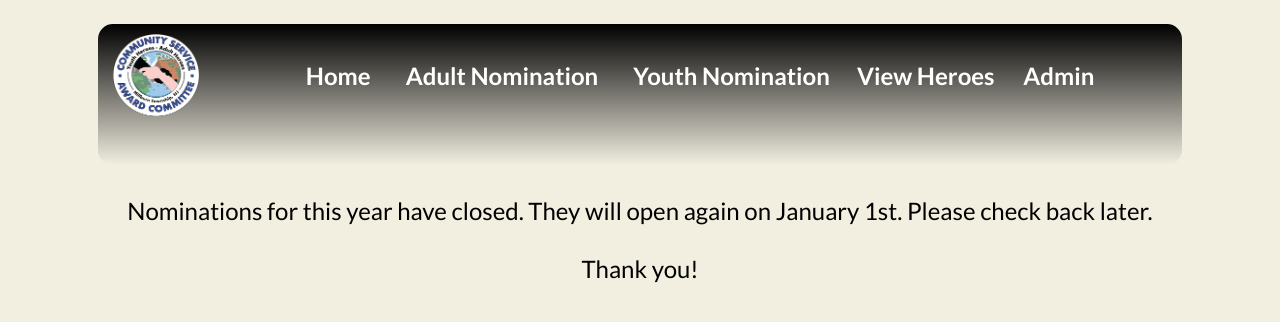
Repository: Centrattic/Young-Heroes-Website
Page: http://localhost/Frontend/adultnomination.php
These files come from the project's save history. The page is drawn as it stood at one moment and after the next save; the edit follows.
The browser window is 1280 px wide. The pictures show the whole page.
The page is run by PHP 8.4 with error messages shown; the project is at /var/www/html/. Queries for data that is not in the repository find no rows.

Above is the page before, as saved 2020-12-09 22:50:02.

### Eagle Project/Frontend/adultnomination.php
<?php
require_once '../Backend/functions.php';
require_once '../Backend/dbhconnect.php';
?>

<main>
    <html>
    <head>
        <link rel="stylesheet" href="https://cdn.jsdelivr.net/npm/bootstrap@4.5.3/dist/css/bootstrap.min.css" integrity="sha384-TX8t27EcRE3e/ihU7zmQxVncDAy5uIKz4rEkgIXeMed4M0jlfIDPvg6uqKI2xXr2" crossorigin="anonymous">
        <link href="../CSS/nomination.css" rel="stylesheet" type="text/css" />
        <link href="https://fonts.googleapis.com/css2?family=Lato:ital,wght@0,400;0,700;1,300;1,400&display=swap" rel="stylesheet">
        <link rel = "stylesheet" href = "../CSS/navbar.css">

        <style>
                .collapsible {
                    background-color: #eee;
                    color: #444;
                    cursor: pointer;
                    padding: 18px;
                    width: 100%;
                    border: none;
                    text-align: left;
                    outline: none;
                    font-size: 15px;
                    text-align: center;
                    margin-bottom: 1%;
                    width: 90%;
                }

                .active, .collapsible:hover {
                    background-color: #ccc;
                }


                .info-content {
                    padding: 0 18px;
                    display: none;
                    overflow: hidden;
                    background-color: #ffffff;
                    width: 90%;
                    margin: 1% auto;
                }

            </style>

    </head>
    <body>

    <?php
        navbar();

        $connection = connectToDB();
        list ($formStatus, $comments, $time) = readFormStatus($connection);
        mysqli_close($connection);

        if ( $formStatus != "open") {
            echo('<h1 style = "font-size: 1.5em;"> Nominations for this year have closed. They will open again on January 1st. Please check back later. <br><br> Thank you! ');
            exit();
        }
    ?>

    <h1> Adult Nomination </h1>
    <br>


    <h2 class= "age-definition"> Adults: Ages 19+</h2>
    <h3 style = "font-size: 1.25em; width: 60%; margin: 5px auto; font-weight: 800;"> All information is confidential for use by the Community Service Award Committee. </h3>

    <form action = "../Backend/nominateScript.php" method="post" name="nominate" enctype="multipart/form-data">

        <fieldset>
            <legend> Nominee Information</legend>
            <i>Please provide the following information about the individual you are nominating. If you are nominating a group, enter a group name and provide information here
            about the group organizer/leader.</i>
            <br> <br>

<!-- How many youth are you providing information about?-->

                <div class = "form-row">
                    <div class = "col-6">
                        <label for = "groupName">Group Name, if applicable </label>
                        <input class = "form-control" type="text" maxlength="80" id = "groupName" name="groupName" value="" title="Nominee's Full Name">
                    </div>

                    <div class = "col-5">
                        <label for = "nameNominee1">Nominee's Name * </label>
                        <input class = "form-control" required type="text" id = "nameNominee1" name="nameNominee1" value="" title="Nominee's Full Name">
                    </div>
                </div>

                <div class = "form-row">
                    <div class = "col-3">
                    <label for="ageNominee1">Nominee's Age Group *</label>
                            <select class = "form-control" required id="" name="ageNominee1">
                                <option value="" hidden disabled selected></option>
                                <option value="19-25">19-25</option>
                                <option value="25-40">25-40</option>
                                <option value="40-60">40-60</option>
                                <option value="60+">60+</option>
                            </select>
                    </div>

                    <div class = "col-4">
                        <label for="emailNominee1">Nominee's Email *</label>
                        <input class = "form-control" required type="text" name="emailNominee1" value="" title="Nominee's Email">
                    </div>

                    <div class = "col-4">
                        <label for="phoneParent1">Nominee's Phone *</label>
                        <input class = "form-control" required type="text" name="phoneParent1" value="" title="Nominee's Phone">
                    </div>
            </div>
        </fieldset>


        <fieldset>
            <legend> Additional Group Information </legend>
            <i> If you are nominating a group, please provide information about up to 3 additional members of the group.</i>
            <br> <br>
            <!--<button type="button" class="collapsible">Group Member 2</button>
            <div id = "CollapseInfo2" class = "info-content">
            </div>-->
                <?php
                    additionalAdultMembersHTML(2);
                ?>

        <!--<button type="button" class="collapsible">Group Member 3</button>
            <div id = "CollapseInfo3" class = "info-content">
            </div>-->
                <?php
                    additionalAdultMembersHTML(3);
                ?>

        <!--<button type="button" class="collapsible">Group Member 4</button>
            <div id = "CollapseInfo4" class = "info-content">
            </div>-->
                <?php
                    additionalAdultMembersHTML(4);
                ?>


        </fieldset>

        <fieldset>
            <legend> Nominator Information </legend>
            <i> This information will only be viewed by the Community Service Award Committee and will not be made public. </i> <br> <br>
                <div class = "col-12">
                    <label for = "nameNominator">Nominator's Full Name *</label>
                    <input class = "form-control" required type="text" id = "nameNominator" name="nameNominator" value="" title="Parent's Full Name">
                </div>

                <div class = "form-row">
                    <div class = "col-5">
                        <label for="emailNominator">Nominator's Email *</label>
                        <input class = "form-control" required type="text"name="emailNominator" value="" title="Parent's Email">
                    </div>

                    <div class = "col-6">
                        <label for="phoneNominator">Nominator's Phone Number *</label>
                        <input class = "form-control" required type="tel"name="phoneNominator" value="" title="Parent's Phone">
                    </div>
                </div>
        </fieldset>



        <fieldset>
            <legend> Nominee Contributions</legend>
            <i> If your nominee is selected as a winner, this information may be used to promote to the public. </i>
            <br> <br>

            <div>
                <label for="workNominee">Please summarize the action(s) and notable contributions of the individual or group and why you believe they are noteworthy for this award. You may attach additional information below.*</label> <!--  they are/were taking, what prompted them to take such action, their goal, how they have/had engaged others in their efforts, and their impact. -->
                <div class="inputWrapper">
                    <textarea class = "form-control" required maxlength="1500" name="workNominee" title="What work is the young hero/group doing?"></textarea>
                    <span>Limit: 1500 characters</span>
                </div>
            </div>
<!--
            <div>
                <label for="bioNominee">Write a short bio about the hero/group. Please summarize why they care about the issue and what personal interests, passions, or skills they have that are relevant to their service. *</label>
                <div class="inputWrapper">
                    <textarea class = "form-control" required maxlength="250" name="bioNominee" title="Person: Write a short bio about the young hero/group. Please summarize why they care about the issue, and what personal interests, passions, or skills they have that are relevant to their service." ></textarea>
                    <span>Limit: 250 characters</span>
                </div>
            </div>
-->

        </fieldset>

        <fieldset>
            <legend>Additional Supporting Information</legend>
            <i> <b> This section is optional. </b> <br> If necessary, please share additional information to support the nomination (including social media links, pictures, a resumé, and/or a .pdf/.docx file).</i>

            <br> <br>

            <h4> Social Media </h4>

            <div class = "form-row">

                <div class = "col-5">
                    <label for="facebookNominee">Facebook</label>
                    <input class = "form-control" maxlength = "100" type="text" name="facebookNominee" value="" title="Nominee's Facebook">
                    <span class="hint">Must be in full URL format. For example, http://www.facebook.com/younghero</span>
                </div>

                <div class = "col-6">
                    <label for="instagramNominee">Instagram</label>
                    <input class = "form-control" maxlength = "100" type="text" name="instagramNominee" value="" title="Nominee's Instagram">
                    <span class="hint">Must be in full URL format. For example, https://www.instagram.com/youthservice/</span>
                </div>
            </div>
            <br>

            <h4> Pictures </h4>
            <i>We encourage you to share exemplary photos of the work. Please upload them below along and include a short caption. We accept jpg, png, and jpeg formats. </i>
            <br>

            <div class = "form-row col-12">
                <label>Headshot of Nominee/Group </label>
                <input type = "file" name = "headshotNominee" class = "form-control-file col-12" id = "customFile">

            </div>

            <div class = "form-row">

                <div class = "col-6">
                    <label for = "pic2Nominee">Working Picture </label> <br>
                    <input class = "form-control-file" type = "file"  name = "pic2Nominee">

                    <input class = "form-control" type = "text" maxlength="80" name = "Captionpic2Nominee" placeholder = "Caption">
                    <span>Limit: 80 characters</span>
                </div>

                <div class = "col-5">
                     <label for = "pic3Nominee">Working Picture </label> <br>
                    <input class = "form-control-file" type = "file" name = "pic3Nominee">
                    <input class = "form-control" type = "text" maxlength="80" name = "Captionpic3Nominee" placeholder = "Caption">
                    <span>Limit: 80 characters</span>
                </div>
            </div>

            <br>

            <h4> Miscellaneous </h4>

            <i>Please upload any additional miscellaneous information. We accept pdf and docx formats less than 5MB.</i>
            <br>

            <div class = "form-row col-12">
                <label for = "resumeNominee">Upload Miscellaneous Information </label>
                <input type = "file" name = "resumeNominee" class = "form-control-file col-12">
            </div>
        </fieldset>

        <!--

        <fieldset id = "pictures">
            <legend> Nominee Pictures </legend>
            <i> <b> This sectional is optional. </b> <br> However, we encourage you to share photos of a nominee and their work. If you are willing, please upload them here along with a caption (also optional). We accept jpg, png, and jpeg formats. </i>
            <br><br>

            <div>
                <label for = "headshotNominee">Headshot of Young Hero(es) </label> <br>
                <input type = "file" name = "headshotNominee" placeholder = "Upload image of COVID Hero (5MB max)">
            </div>

            <div>
                <br> <label for = "pic2Nominee">Working Picture </label> <br>
                <input type = "file" name = "pic2Nominee" placeholder = "Upload image of COVID Hero (5MB max)">
                <input type = "text" maxlength="80" name = "Captionpic2Nominee" placeholder = "Caption"> <br>
                <span>Limit: 80 characters</span>
            </div>

            <div>
                <br> <label for = "pic3Nominee">Working Picture </label> <br>
                <input type = "file" name = "pic3Nominee" placeholder = "Caption">
                <input type = "text" maxlength="80" name = "Captionpic3Nominee" placeholder = "Caption"> <br>
                <span>Limit: 80 characters</span>
            </div>

        </fieldset>


        <fieldset id = "social-media">
            <legend> Nominee Social Media </legend>
            <i> <b> This section is optional. </b> If you choose to fill out social media information, it will only be viewed by the Community Service Award Committee, not the public. </i>
            <br><br>

            <div>
                <label for="facebookNominee">Nominee's Facebook</label>
                <div class="inputWrapper">
                    <input maxlength = "100" type="text" name="facebookNominee" value="" title="Nominee's Facebook">
                    <br>
                    <span class="hint">Must be in full URL format. For example, http://www.facebook.com/younghero</span>
                </div>
            </div>

            <div>
                <label for="twitterNominee">Nominee's Twitter</label>
                <div class="inputWrapper">
                    <input maxlength = "100" type="text" name="twitterNominee" value="" title="Nominee's Twitter">
                    <br>
                    <span class="hint">Must be in full URL format. For example, http://www.twitter.com/youthservice</span>
                </div>
            </div>

            <div>
                <label for="instagramNominee">Nominee's Instagram</label>
                <div class="inputWrapper">
                    <input maxlength = "100" type="text" name="instagramNominee" value="" title="Nominee's Instagram"></div>
            </div>

            <div>
                <label for="websiteNominee">Nominee's Website</label>
                <div class="inputWrapper">
                    <input maxlength = "100" type="text" name="websiteNominee" value="" title="Nominee's Website" class="">
                    <br>
                    <span class="hint">Must be in full URL format. For example, http://www.ysa.org</span>
                </div>
            </div>

            <div>
                <label for="newsNominee">Nominee's One News Link</label>
                <div class="inputWrapper">
                    <input maxlength = "100" type="text" name="newsNominee" value="" title="Nominee's News Link">
                    <br>
                    <span class="hint">Must be in full URL format. For example, https://patch.com/new-jersey/millburn/short-hills-scouts-host-coding-camp</span>
                </div>
            </div>

        </fieldset>

        <fieldset>
            <legend>Nominee Resumé/Additional Information</legend>
            <i> <b> This section is optional. </b> <br> If you choose to upload a resumé or share additional information, it will only be viewed by the Community Service Award Committee, not the public.</i>
            <div> <br>
                <label for = "resumeNominee">Upload Resumé as .pdf < 5MB </label><br>
                <input type = "file" name = "resumeNominee" placeholder = "Upload Resumé as .pdf < 5MB">
            </div>
        </fieldset>

        <!--<fieldset>
            <legend>Media Release Approval</legend>

            <div class="inputWrapper" id = "mediaflex">
                <i>Please ensure that the young hero approves of themselves appearing in the media. </i>
                <br>

                <br>
                <input required type="radio" id = "mediarelease" name="mediaRelease" value="1">
                <label for="mediaRelease" id = "media"> The young hero approves of themselves appearing in the media. *</label>

            </div>

            <div>
            <input style = "display: none;" id = "isYouth" name="isYouth" value="0">

            </div>



        </fieldset> -->

        <input type="submit" name="submit_button" value="Submit" class = "submit_button">

        <!--
        <div class="oneField field-container-D    " id="tfa_12-D">
        <label id="tfa_12-L" class="label preField reqMark" for="tfa_12">Nominator's Last Name</label><div class="inputWrapper"><input type="text" id="tfa_12" name="tfa_12" value="" aria-required="true" title="Nominator's Last Name" class="required"></div>
        </div>
        <div class="oneField field-container-D    " id="tfa_10-D">
        <label id="tfa_10-L" class="label preField reqMark" for="tfa_10">Nominator's Email</label><div class="inputWrapper"><input type="text" id="tfa_10" name="tfa_10" value="" aria-required="true" title="Nominator's Email" class="validate-email required"></div>
        </div>
        <div class="oneField field-container-D    " id="tfa_13-D">
        <label id="tfa_13-L" class="label preField reqMark" for="tfa_13">Nominator's Phone</label><div class="inputWrapper"><input type="text" id="tfa_13" name="tfa_13" value="" aria-required="true" title="Nominator's Phone" class="required"></div>
        </div>
        </fieldset>
        <fieldset id="tfa_588" class="section wf-acl-hidden">
        -->
        </form>

        <?php
      footer();
     ?>

        <!--<div id = "quote">
            <h1> COVID Nomination </h1>
        </div>


        <br><br><br><br>


        <div id = "directions">
        <h2> Nominate a COVID Hero!</h2>
        <h4> In your form, please don't use any inapproriate or spam entries or your nomination will be removed and your account banned. Also,
            do not write in full sentences when filling out the contact and location sections. </h4>
        </div>

        <br><br><br><br><br><br>

        <div id = "border">
            <p class= large> Upload Your Image of a COVID Hero </p>
            <p> Only use .jpeg, .png, or .jpg for your image. For best results, use an image with a slightly longer length than width. </p> <br>

            <form action = "fileUploadScript.php" method = "post" enctype = "multipart/form-data" id ="nominate">
            <input type = "file" name = "image" placeholder = "Upload image of COVID Hero (5MB max)" id = "uploadedimg">

            <br>

            <br>
            <p class= large> All About Your Hero (300 chars max) </p>
            <p> Ex. Josh Chun is a Millburn High School student who loves plain yogurt, coding, and geometry class. </p> <br>
            <textarea name = "description" rows = 5 placeholder = "Personal Description of Hero (200 chars max)" maxlength = "200"> </textarea> <br><br>

            <p class= large> Hero's Location </p>
            <p> Ex. Millburn, New Jersey, 07078 (please include the hero's zipcode)</p> <br>
            <textarea name = "location" placeholder = "Hero's Location (100 chars max)" rows = 5 maxlength = "100"> </textarea> <br><br>

            <p class= large> What Has Your Hero Done? </p>
            <p> Ex. Josh Chun sews masks and donates them to Goodwill shelters during this period. </p> <br>
            <textarea name = "job" placeholder = "What the Hero has Done (200 chars max)" rows = 5 maxlength = "200"> </textarea> <br><br>

            <p class= large> Way to Contact Hero </p>
            <p> Please type only a phone number and/or email address. </p>
            <textarea name = "contact" placeholder = "Hero's Phone Number/Email Address (100 chars max)" rows = 5 maxlength = "100"> </textarea> <br><br>

            <p class= large> Hero's News Links </p>
            <p> Please put, maximum, one http link of your hero's. If none, leave this field empty. </p>
            <textarea name = "news" placeholder = "News URL" rows = 3>  </textarea> <br><br>

            <button id = "nominatehero" type = "submit" name = "nominate"> Nominate Hero</button>


            </form>
        -->

<!--
            <script>
            var coll = document.getElementsByClassName("collapsible");
            var i;

            for (i = 0; i < coll.length; i++) {
            coll[i].addEventListener("click", function() {
                this.classList.toggle("active");
                var content = this.nextElementSibling;
                if (content.style.display === "block") {
                content.style.display = "none";
                } else {
                content.style.display = "block";
                }
            });
            }
            </script>-->

    </body>
    </html>
</main>

### Eagle Project/Backend/dbhconnect.php
<?php
  $servername = "localhost";
  $dbUsername = "root";
  $dbPassword = "";
  $dbName = "young_heroes";

  //connecting to database
  $connection = new mysqli($servername, $dbUsername, $dbPassword, $dbName);

  //error message if connection fails
  if(!$connection){
    die("Connection failed: ".mysqli_connect_error());
  }
?>

### Eagle Project/CSS/nomination.css
* {
    text-align: center;
    padding: 2px;
    margin: 2px;
    font-family: 'Lato', sans-serif !important;
    font-size: 1em;
    color: black;
}

i {
   float: left;
}

body {
    background-color: #F2EFE1;
}

fieldset {
    border: 3px solid black;

}

.age-definition {
    font-size: 1.5em;
    margin: 10px;
    font-weight: 800;
}

legend {
    all: unset;
    font-size: 2em;
    color: #2A365D;
    font-weight: 700;
}

form {
    background-color: #E2DECC;
    width: 60%;
    margin: 0 auto;
}

input, textarea {
    text-align: left;
    background-color: #ffffff;
    border: 1px solid black;
    color: black !important;
}

.col-1, .col-2, .col-3,.col-4,.col-5,.col-6,.col-7,.col-8,.col-9,.col-10,.col-11 { /*,col-12 not included cause that's full row*/
    margin-left: 15px;
}

textarea {
    width: 75% !important;
    height: 30% !important;
    margin: 0 auto;
}

h4 {
    text-align: left;
    margin-left: 10px;
    font-weight: 800;
}


label {
    font-size: 1em;
    float: left;
}

span {
    font-style: italic;
}

input[placeholder= "Caption"] {
    margin-top: 5px;
}


#media {
    font-size: 1em;
}

.requiredF {
    color: red;
}

/* Collapsible Nominee Info */


.submit_button {
    padding: 5px;
    margin: 5px;
    width: 50%;
    text-align:center;
    font-size: 1.5em;
    background-color: #F2EFE1;
}

### Eagle Project/CSS/navbar.css
* {
    text-align: center;
    font-family: 'Lato', sans-serif;
}

body {
    background-color: #F2EFE1;
}


.menu-area li{
    display: inline;
    color: white;
    font-weight: bold;
    font-size: 1.5em;
    padding-bottom: 10px;
}

.menu-area .non-dropdown a{
    display: inline-block;
    padding: 30px 10px;
    text-decoration: none;
    color: white;
    box-sizing: border-box;

}

.menu-area .nav-dropdown .dropdown-content li a{
    display: inline-block;
    text-align: center;
    padding: 14px 16px;
    text-decoration: none;
}

.menu-area {
    width: 100%;
    background-image: linear-gradient(black, #F2EFE1);
    overflow: hidden;
    border-radius: 15px;
}

.menu-area .non-dropdown:hover{
    border-radius: 0px;
    border-bottom: 10px solid aliceblue;

}

.menu-area li a {
    box-sizing: border-box;
}

.nav-dropbtn {
    text-decoration: none;
    color: white;
}

/*FIX THIS LATER*/


#logout {
    all: unset;
}

body {
    margin: 0 5%;
}

/* ------------------*/



li.nav-dropdown {
    display: inline-block;
}

.dropdown-content {
    display: none;
    position: absolute;
    background-color: #f9f9f9;
    min-width: 150px;
    box-shadow: 0px 8px 16px 0px rgba(0,0,0,0.2);
    z-index: 1;

}

.dropdown-content a {
    color: black;
    padding: 12px 16px;
    text-decoration: none;
    display: block;
    font-size: .9em;
    text-align: left;
}


.dropdown-content a:hover {
    background-color: #f1f1f1;
}


.nav-dropdown:hover .dropdown-content {
    display: block;
    border-radius: 0px;
}


/* Footer*/



.site-footer {
    background-color: #E2DECC;
      text-align: center;
      margin: 10px 0;
      padding: 10px 0;
  }

  #social-wrapper {
      text-align: center;
  }

  /*Social Media Icons*/
  .social-wrapper {
      text-align: center;
  }

  .social-wrapper ul li {
      display: inline;
      margin: 0 5px;
  }

  .twitter-icon,
  .facebook-icon,
  .instagram-icon,
  .linkedin-icon,
  .googleplus-icon,
  .youtube-icon,
  .foursquare-icon{
      margin-top: .625em;
      width: 40px;
      height: 40px;
      opacity: .6;
      filter: alpha(opacity=60); /* For IE8 and earlier */
    border-radius: 25px;
  }

  .twitter-icon:hover,
  .facebook-icon:hover,
  .instagram-icon:hover,
  .linkedin-icon:hover,
  .googleplus-icon:hover,
  .youtube-icon:hover,
  .foursquare-icon:hover {
      opacity: 1.0;
      filter: alpha(opacity=100); /* For IE8 and earlier */
  }

  .footer-nav p {
      text-align: center;
  }

Loaded but not shown: Eagle Project/Backend/functions.php (1056 lines, source omitted)

After the next save:
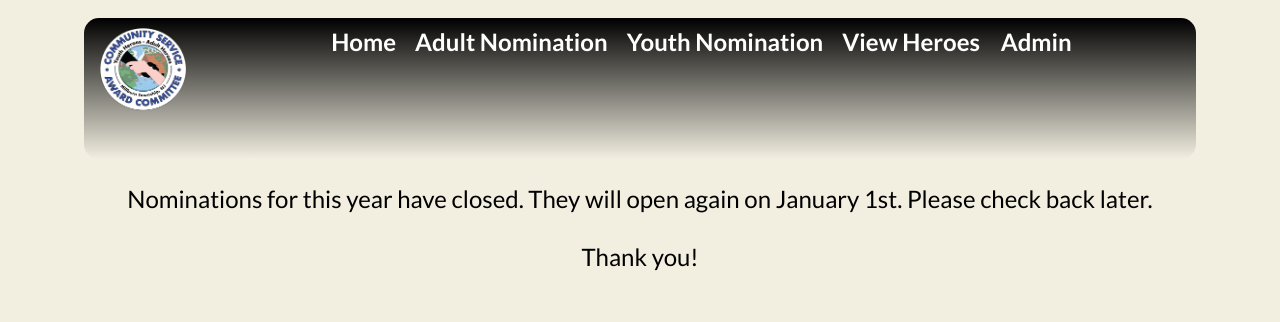
Saved 46 s later.
--- a/Eagle Project/CSS/nomination.css
+++ b/Eagle Project/CSS/nomination.css
@@ -1,6 +1,6 @@
 * {
     text-align: center;
-    padding: 2px;
+    padding: 2px !important;
     margin: 2px;
     font-family: 'Lato', sans-serif !important;
     font-size: 1em;

After the save that followed:
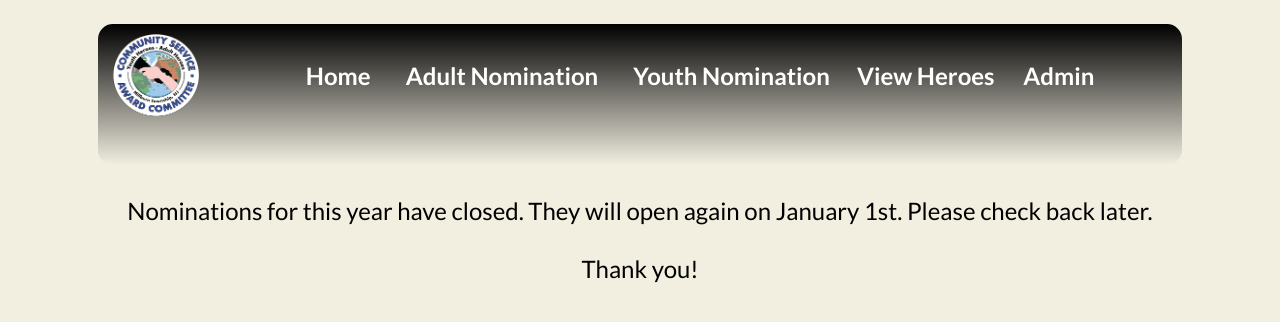
Saved 11 s later.
--- a/Eagle Project/CSS/nomination.css
+++ b/Eagle Project/CSS/nomination.css
@@ -1,6 +1,6 @@
 * {
     text-align: center;
-    padding: 2px !important;
+    padding: 2px;
     margin: 2px;
     font-family: 'Lato', sans-serif !important;
     font-size: 1em;
